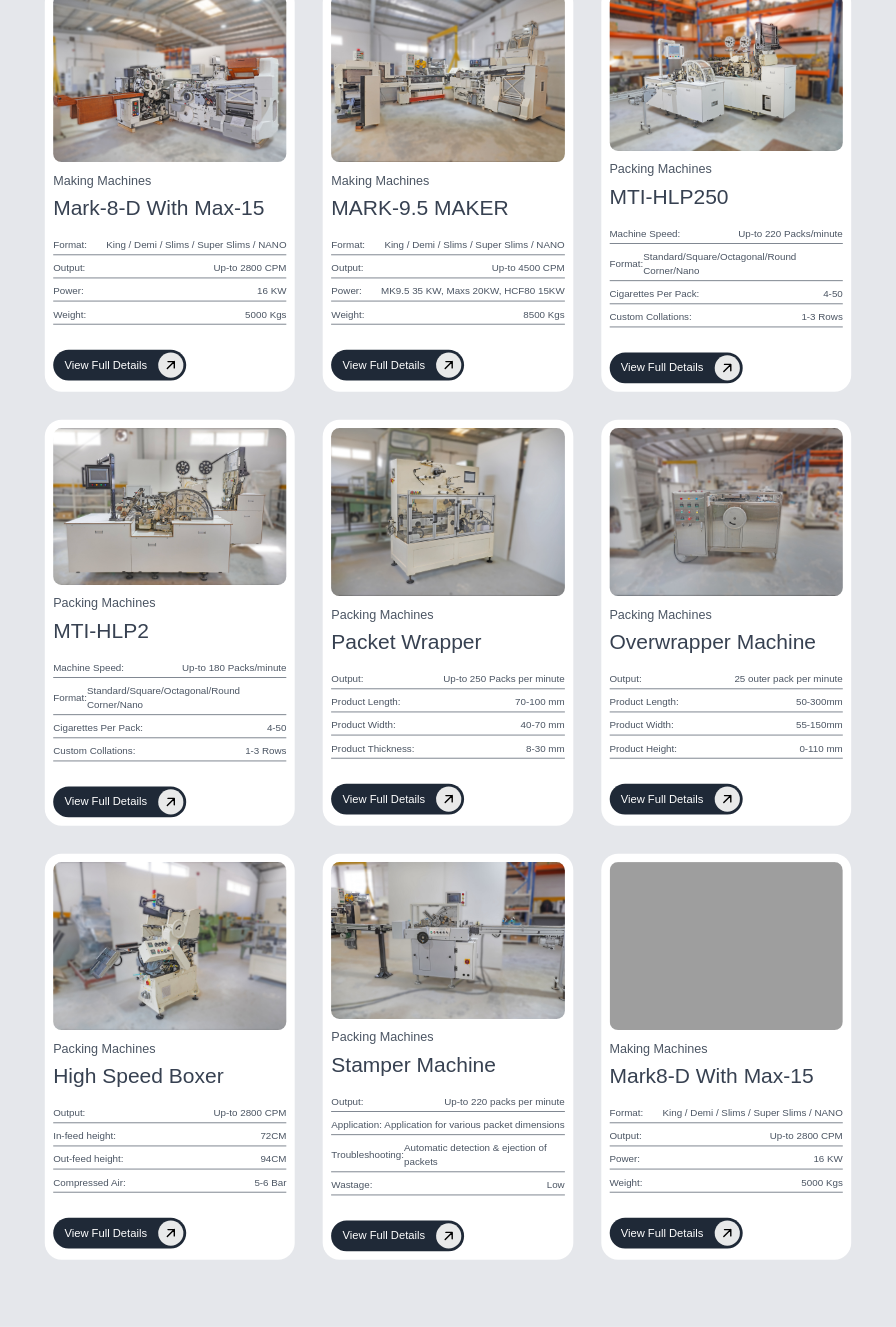
Repository: vespersolutionspk18/microtexwebsite
Page: /
The author's editor kept a copy of each file at every save. The page is drawn from the files as they stood at one save, then again after the next save.
The browser window is 1280 px wide. The pictures show the part of the page from y = 2351 to 4271 px (the page is 4247 px tall before and 4271 px after), at 70% of full size.
Pictures or frames that could not be fetched are drawn as grey boxes. Some web fonts or font styles are not loaded; a fallback is used. The project was rebuilt for these pictures with package versions that can differ from the ones it lists, and the page was loaded fresh each time. The framework's server and built-in components were replaced by stand-ins that run in the browser. Also part of the build but not shown: next.config.mjs.

Above is the page before, as saved 2024-11-18 23:50:11.

After the next save:
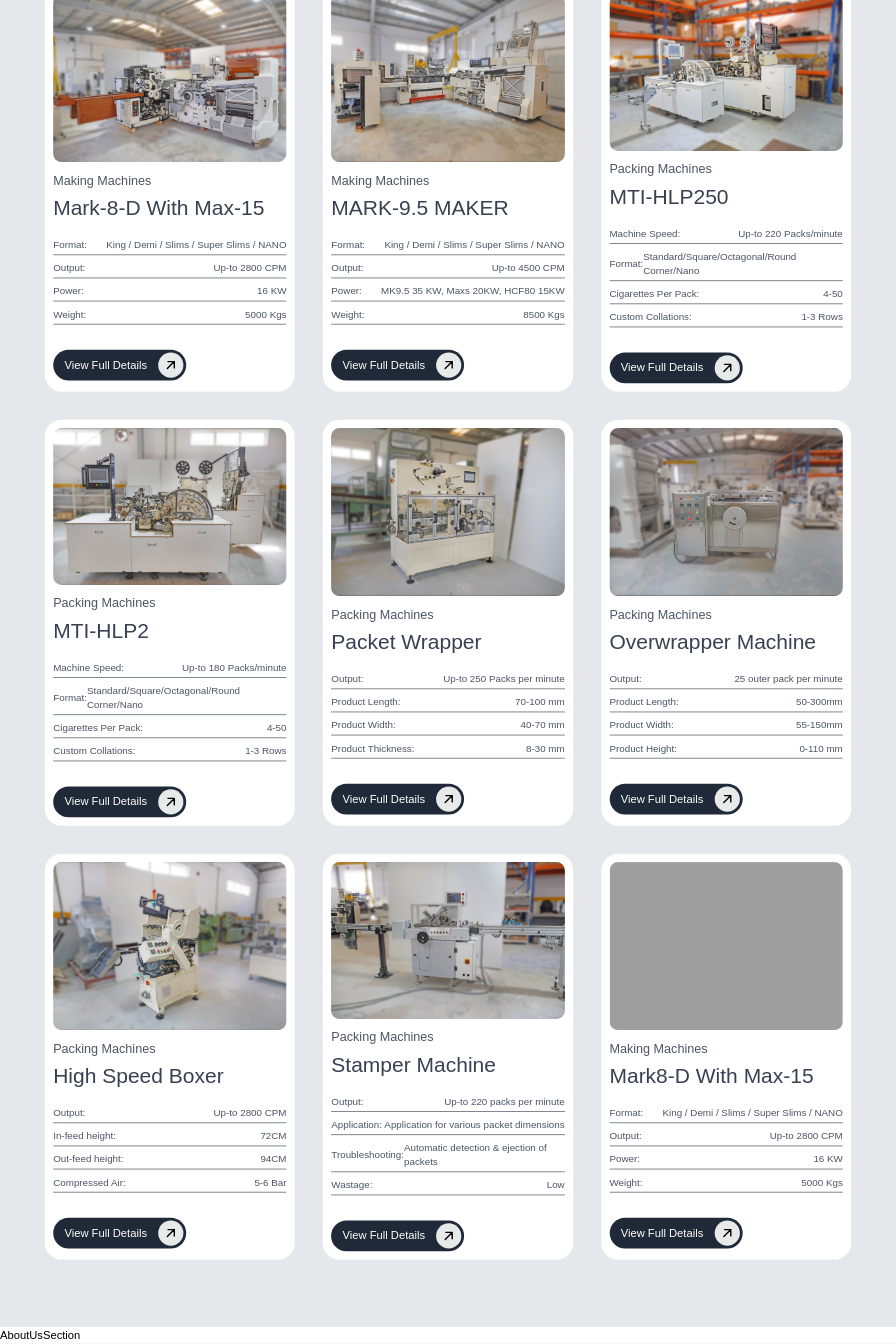
Saved 7 s later.
--- a/app/page.tsx
+++ b/app/page.tsx
@@ -4,6 +4,7 @@ import Hero from "./hero";
 import WhyMct from "./WhyMct";
 import OurServices from "./OurServices";
 import OurMachines from "./OurMachines";
+import AboutUsSection from "./AboutUsSection";
 
 
 export default function Home() {
@@ -14,6 +15,7 @@ export default function Home() {
    <WhyMct />
    <OurServices />
    <OurMachines />
+   <AboutUsSection />
    </div>
   );
 }
